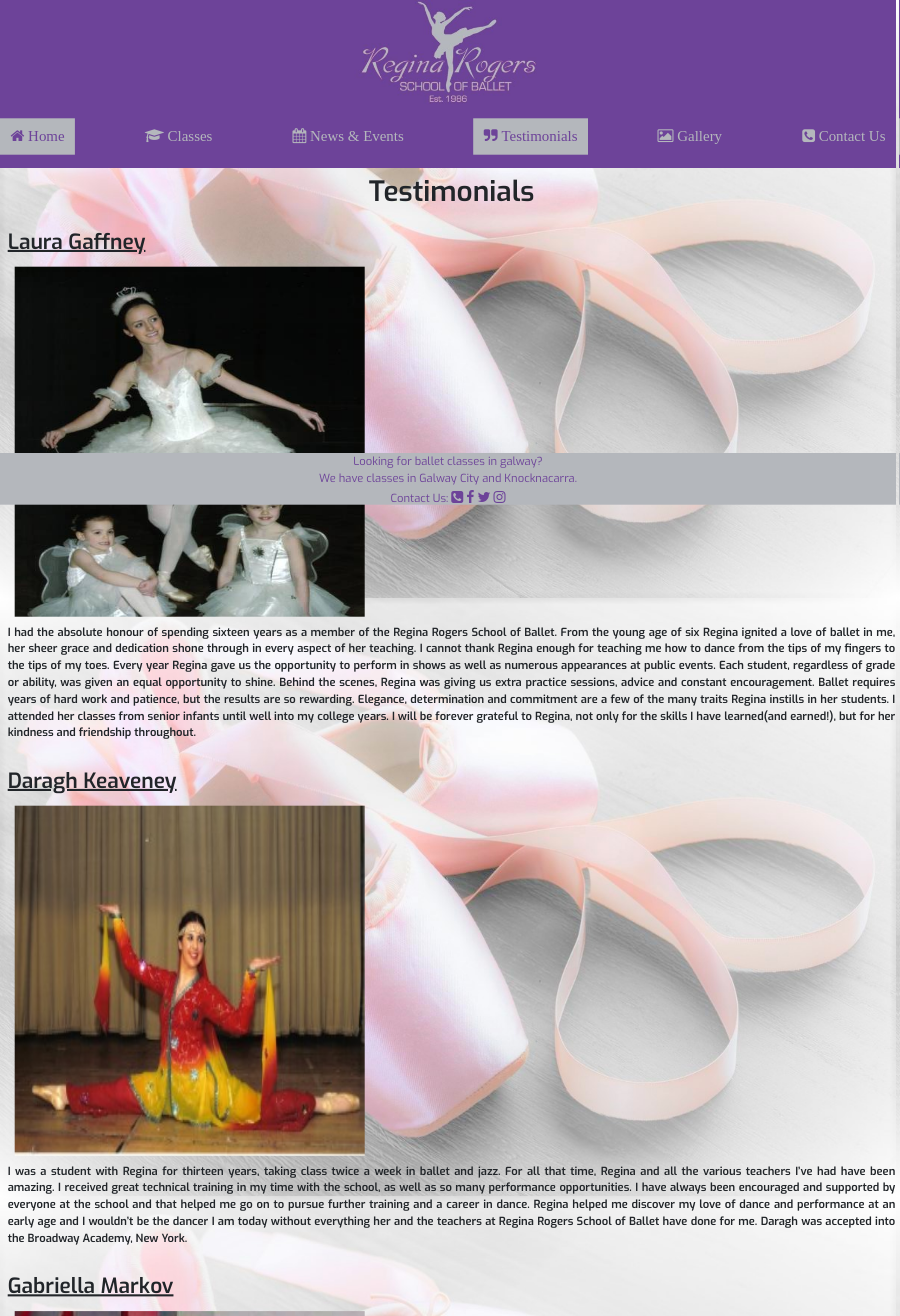
Repository: davidtmiller2010/galwayballet
Page: Testimonial.html
The author's editor kept a record of every edit. The page is drawn from the files as they stood at one moment, then again after the next edit.
The browser window is 1280 px wide. The page is 1285 px wide, so the pictures cover 1285 px, including what lies to the right of the window. The pictures show the part of the page from y = 0 to 1880 px (the page is 3294 px tall), at 70% of full size.

Above is the page before.

After the next edit:
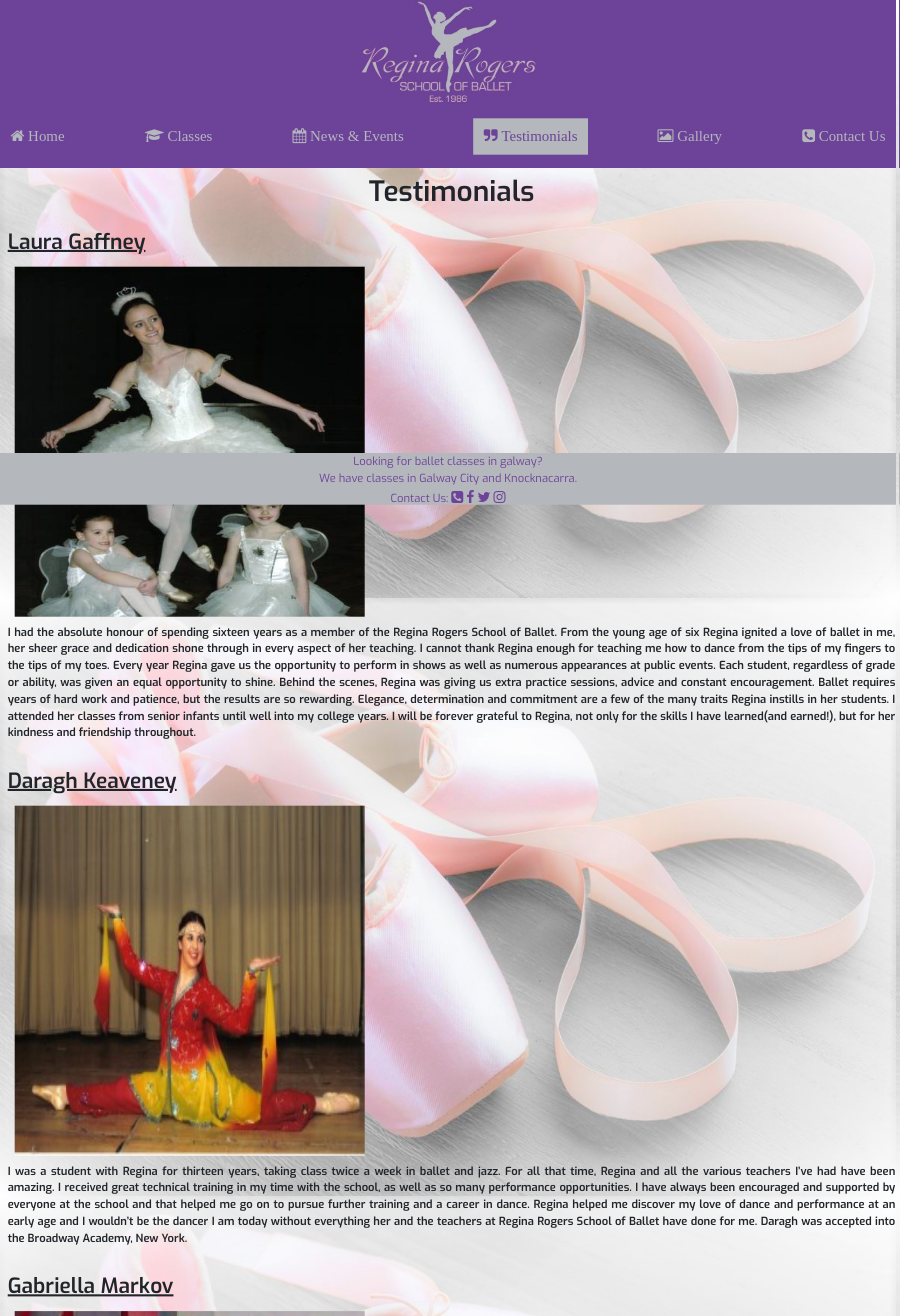
The edit:
--- a/Testimonial.html
+++ b/Testimonial.html
@@ -23,7 +23,7 @@
         </div>
         <div>
             <ul class="navbar">
-                <li><a href="index.html" class="active col-12  col-2"><i class="fa fa-home fa-lg"> Home</i></a></li>
+                <li><a href="index.html" class=" col-12  col-2"><i class="fa fa-home fa-lg"> Home</i></a></li>
                 <li><a href="Classes.html" class=" col-12  col-2"><i class="fa fa-graduation-cap fa-lg"> Classes</i></a></li>
                 <li><a href="News.html" class=" col-12  col-2"><i class="fa fa-calendar fa-lg"> News & Events</i></a></li>
                 <li><a href="Testimonial.html" class="active col-12  col-2"><i class="fa fa-quote-right fa-lg"> Testimonials</i></a></li>
